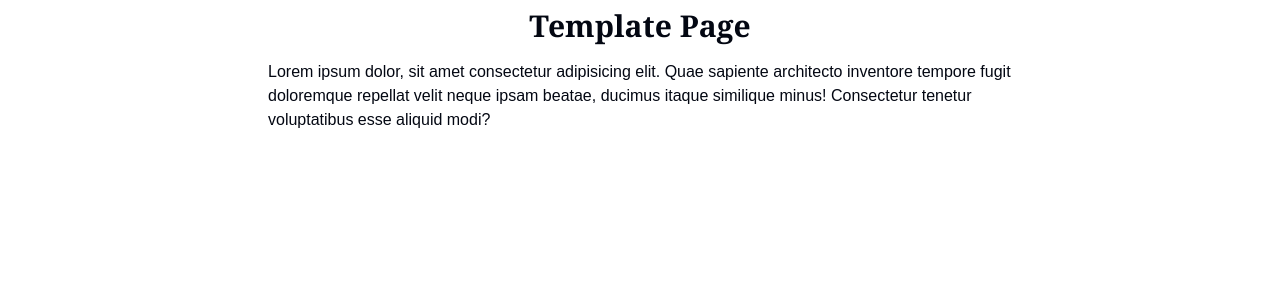
Repository: samurai71/next-starter-template
Page: /
The author's editor kept a copy of each file at every save. The page is drawn from the files as they stood at one save, then again after the next save.
The browser window is 1280 px wide. The pictures show the whole page.
The project was rebuilt for these pictures with package versions that can differ from the ones it lists, and the page was loaded fresh each time. The framework's server and built-in components were replaced by stand-ins that run in the browser. Also part of the build but not shown: next.config.ts.

Above is the page before, as saved 2025-02-24 23:05:43.

### src/app/layout.tsx
import type { Metadata } from "next";
import { Geist, Geist_Mono } from "next/font/google";
import "@/styles/globals.css";
import { ThemeProvider } from "@/components/theme-provider"
import footer from '@/components/footer';

const geistSans = Geist({
  variable: "--font-geist-sans",
  subsets: ["latin"],
});

const geistMono = Geist_Mono({
  variable: "--font-geist-mono",
  subsets: ["latin"],
});

export const metadata: Metadata = {
  title: "Create Next App",
  description: "Generated by create next app",
};

export default function RootLayout({
  children,
}: Readonly<{
  children: React.ReactNode;
}>) {
  return (
    <html lang="en" suppressHydrationWarning>
      <body
        className={`${geistSans.variable} ${geistMono.variable} antialiased`}
      > <ThemeProvider
      attribute="class"
      defaultTheme="system"
      enableSystem
      disableTransitionOnChange
    >
        {children}
        </ThemeProvider>
        <footer></footer>
      </body>
    </html>
  );
}

### src/app/page.tsx
/**
 * The Home component is a functional component in TypeScript React that renders a template page with a
 * heading and paragraph.
 * @returns The `Home` component is being returned, which contains a main element with a heading
 * "Template Page" and a paragraph of Lorem Ipsum text.
 */
export default function Home () {
  return (
    <main className='max-w-screen-md mx-auto h-screen'>
      <h1 className='text-center font-serif font-bold text-3xl py-2'>
        Template Page
      </h1>
      <p className='px-3 pt-2'>
        Lorem ipsum dolor, sit amet consectetur adipisicing elit. Quae sapiente
        architecto inventore tempore fugit doloremque repellat velit neque ipsam
        beatae, ducimus itaque similique minus! Consectetur tenetur voluptatibus
        esse aliquid modi?
      </p>
    </main>
  )
}

Loaded but not shown: src/styles/globals.css (common file); src/components/theme-provider.tsx (common file); tailwind.config.ts (common file)

After the next save:
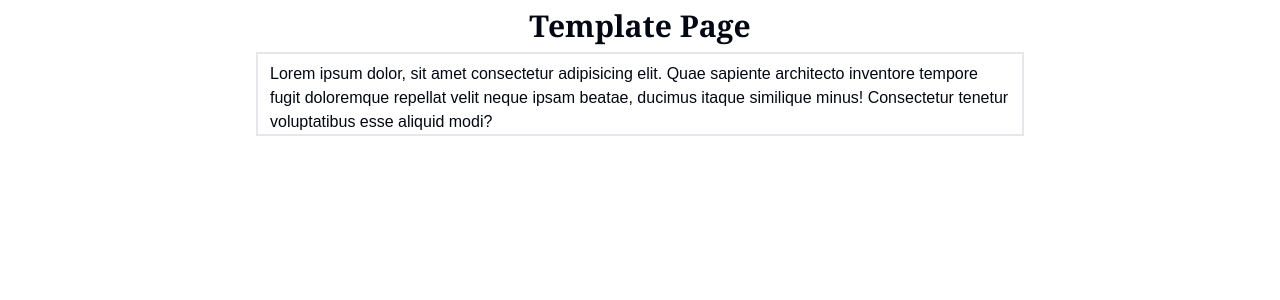
Saved 5 min 57 s later.
--- a/src/app/page.tsx
+++ b/src/app/page.tsx
@@ -10,7 +10,7 @@
       <h1 className='text-center font-serif font-bold text-3xl py-2'>
         Template Page
       </h1>
-      <p className='px-3 pt-2'>
+      <p className='px-3 pt-2 border-2'>
         Lorem ipsum dolor, sit amet consectetur adipisicing elit. Quae sapiente
         architecto inventore tempore fugit doloremque repellat velit neque ipsam
         beatae, ducimus itaque similique minus! Consectetur tenetur voluptatibus

After the save that followed:
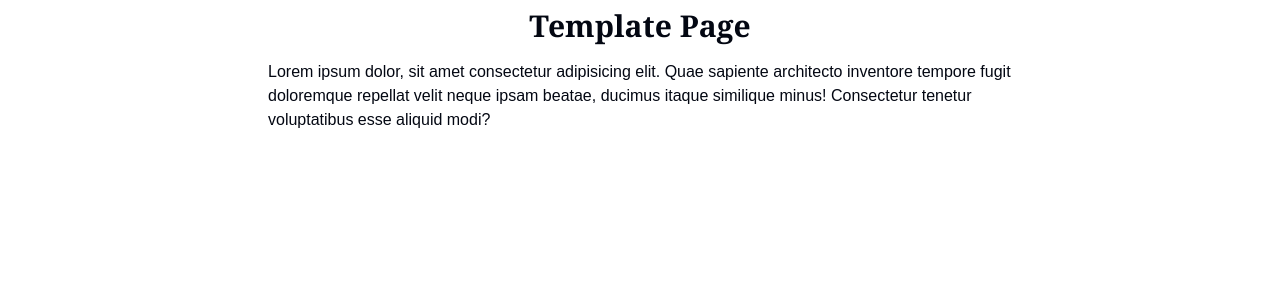
Saved 59 s later.
--- a/src/app/page.tsx
+++ b/src/app/page.tsx
@@ -10,7 +10,7 @@
       <h1 className='text-center font-serif font-bold text-3xl py-2'>
         Template Page
       </h1>
-      <p className='px-3 pt-2 border-2'>
+      <p className='px-3 pt-2'>
         Lorem ipsum dolor, sit amet consectetur adipisicing elit. Quae sapiente
         architecto inventore tempore fugit doloremque repellat velit neque ipsam
         beatae, ducimus itaque similique minus! Consectetur tenetur voluptatibus
